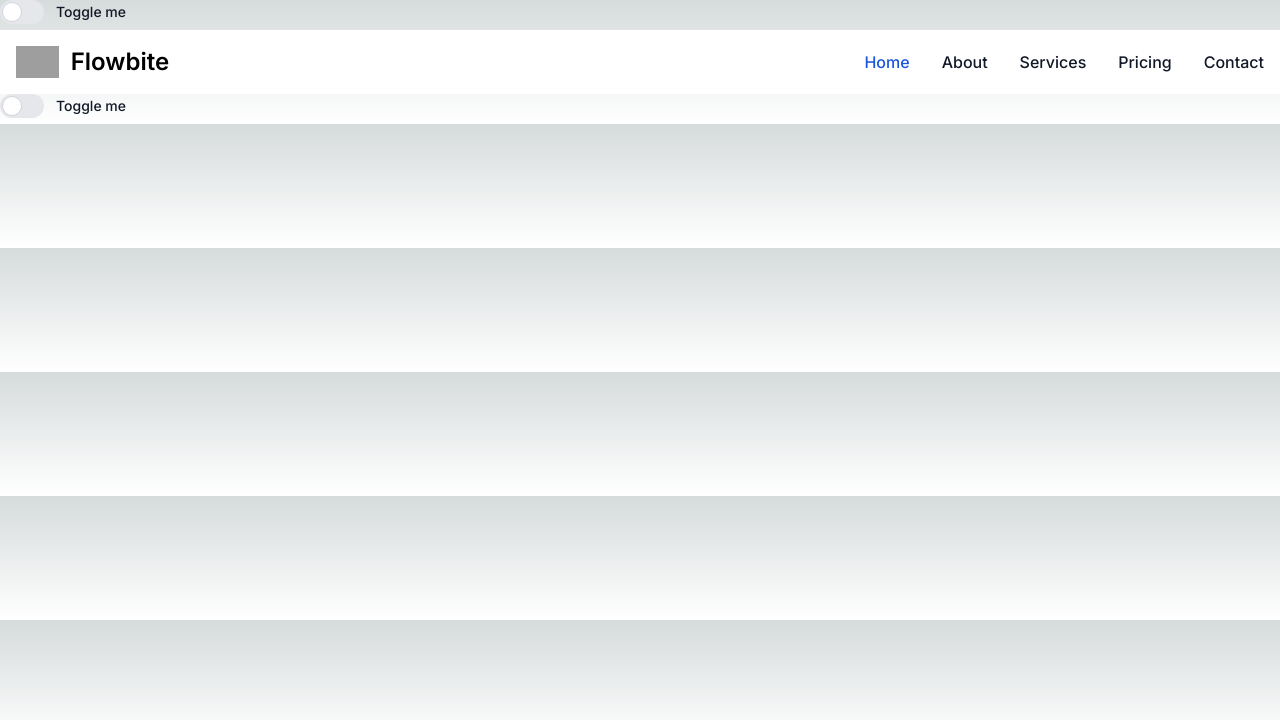
Repository: chapeee/Next-PortFolio-Site-Example-myselfraj-
Page: /
These files come from the project's save history. The page is drawn as it stood at one moment and after the next save; the edit follows.
The browser window is 1280 px wide. The pictures show the whole page.
Pictures or frames that could not be fetched are drawn as grey boxes. The project was rebuilt for these pictures with package versions that can differ from the ones it lists, and the page was loaded fresh each time. The framework's server and built-in components were replaced by stand-ins that run in the browser. Also part of the build but not shown: next.config.mjs.

Above is the page before, as saved 2024-02-03 11:01:26.

After the next save:
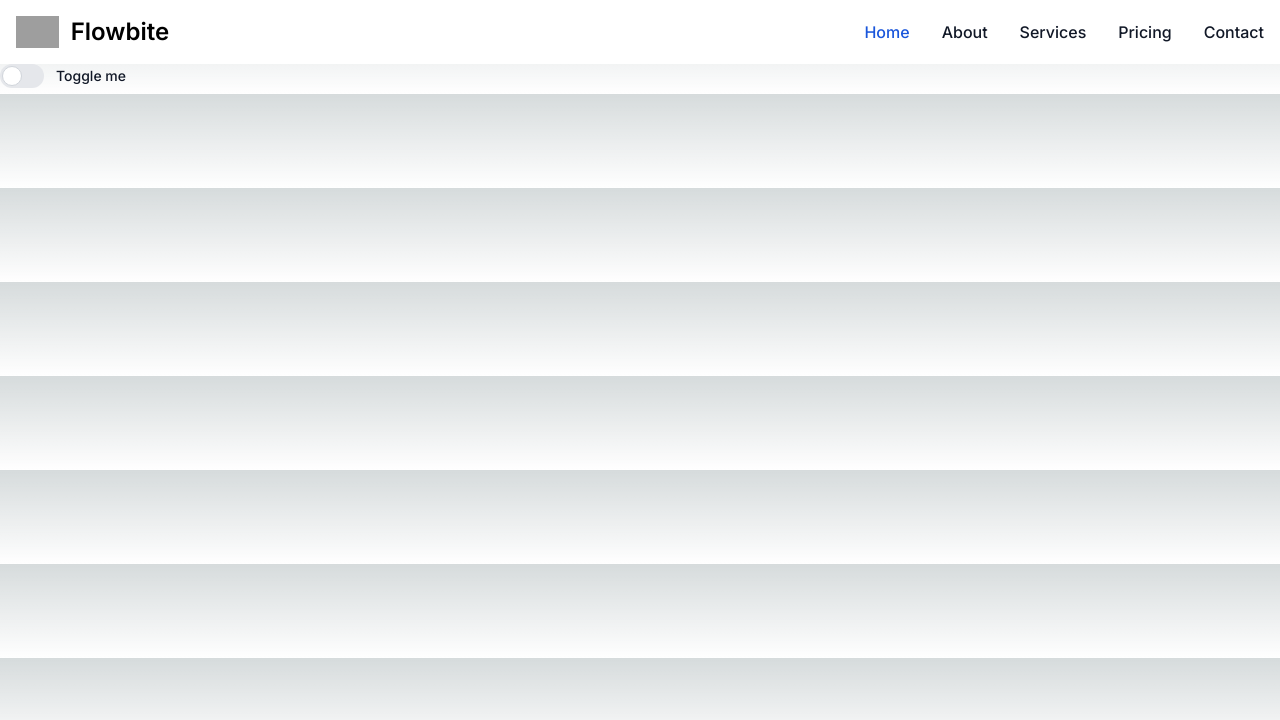
Saved 24 s later.
--- a/src/app/layout.tsx
+++ b/src/app/layout.tsx
@@ -16,7 +16,7 @@ export default function RootLayout({
 }>) {
   return (
     <html lang="en">
-      <body className={inter.className}>{children}</body>
+      <body className={inter.className}>
 
 
 <nav className="bg-white border-gray-200 dark:bg-gray-900">
@@ -51,6 +51,7 @@ export default function RootLayout({
   </div>
 </nav>
 {children}
+</body>
     </html>
   );
 }
